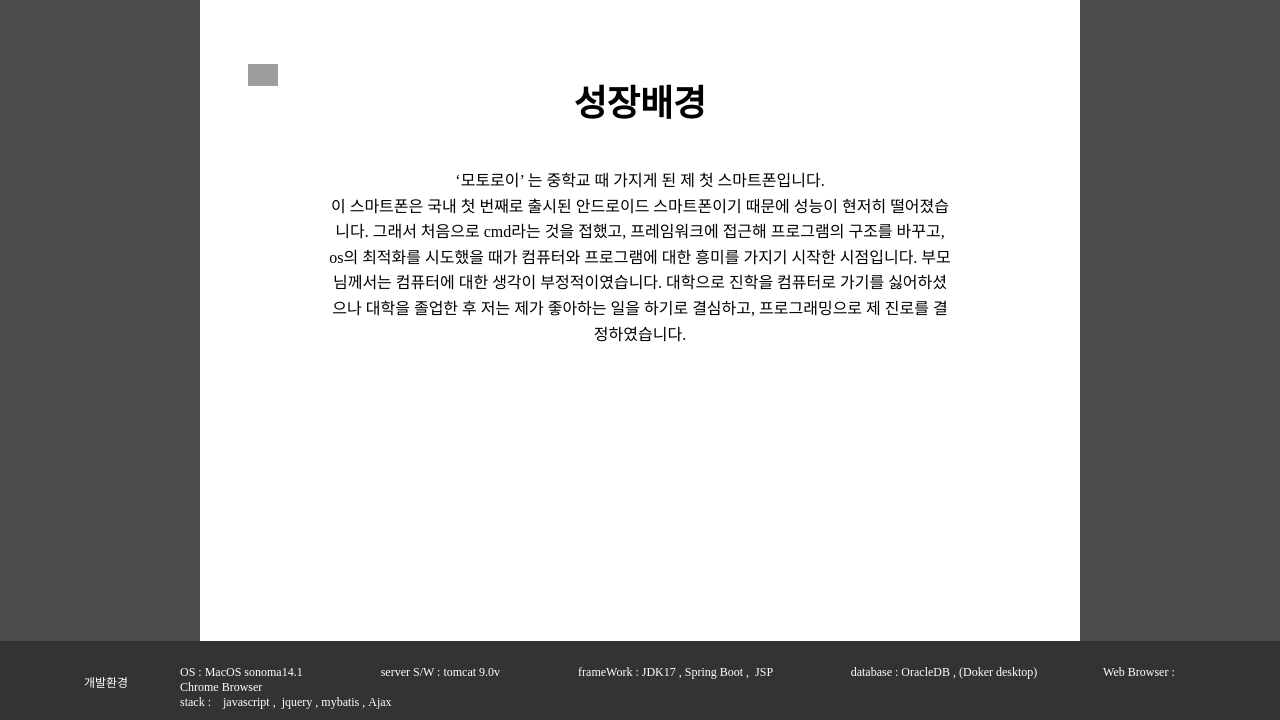
Repository: LeeHaNeul96/Leehaneul
Page: http://localhost/com.introduce/WEB-INF/views/more2.jsp
The author's editor kept a copy of each file at every save. The page is drawn from the files as they stood at one save, then again after a run of saves.
The browser window is 1280 px wide. The pictures show the whole page.
Pictures or frames that could not be fetched are drawn as grey boxes. The page is served by Tomcat 9. Nobody is signed in. The template is opened directly, without the code that normally fills it, so the values that code supplies are empty.

Above is the page before, as saved 2023-10-31 10:20:06.
Console error: ReferenceError: $h2Elements is not defined

After the next 2 saves:
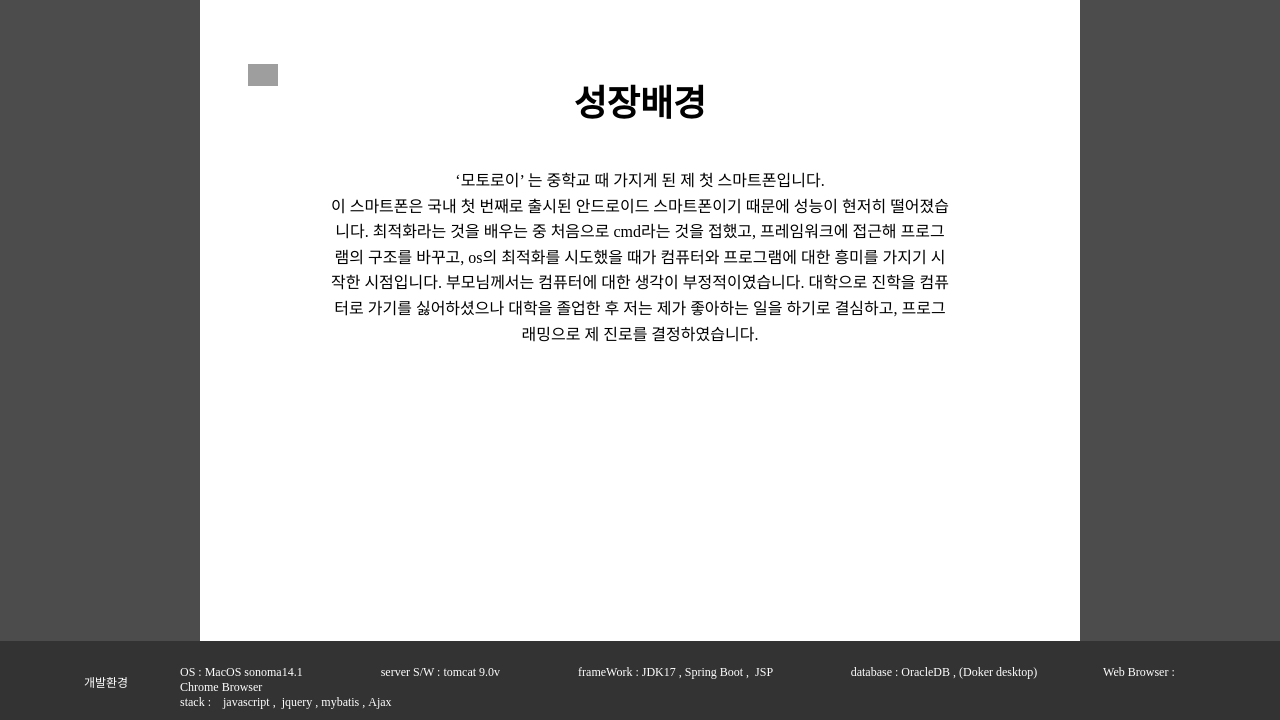
The 2 saves are shown as one change because they came seconds apart.
The last was saved 26 s later.
--- a/com.introduce/src/main/webapp/WEB-INF/views/more2.jsp
+++ b/com.introduce/src/main/webapp/WEB-INF/views/more2.jsp
@@ -112,7 +112,7 @@ $(function() {
 <h1> 성장배경 </h1><br>
 <div class="content">
 ‘모토로이’ 는 중학교 때 가지게 된 제 첫 스마트폰입니다.<br>
- 이 스마트폰은 국내 첫 번째로 출시된 안드로이드 스마트폰이기 때문에 성능이 현저히 떨어졌습니다. 그래서 처음으로 cmd라는 것을 접했고, 프레임워크에 접근해 프로그램의 구조를 바꾸고, os의 최적화를 시도했을 때가 컴퓨터와 프로그램에 대한 흥미를 가지기 시작한 시점입니다.
+ 이 스마트폰은 국내 첫 번째로 출시된 안드로이드 스마트폰이기 때문에 성능이 현저히 떨어졌습니다. 최적화라는 것을 배우는 중 처음으로 cmd라는 것을 접했고, 프레임워크에 접근해 프로그램의 구조를 바꾸고, os의 최적화를 시도했을 때가 컴퓨터와 프로그램에 대한 흥미를 가지기 시작한 시점입니다.
 부모님께서는 컴퓨터에 대한 생각이 부정적이였습니다. 대학으로 진학을 컴퓨터로 가기를 싫어하셨으나 대학을 졸업한 후 저는 제가 좋아하는 일을 하기로 결심하고, 프로그래밍으로 제 진로를 결정하였습니다.
 </div>
 </div>
